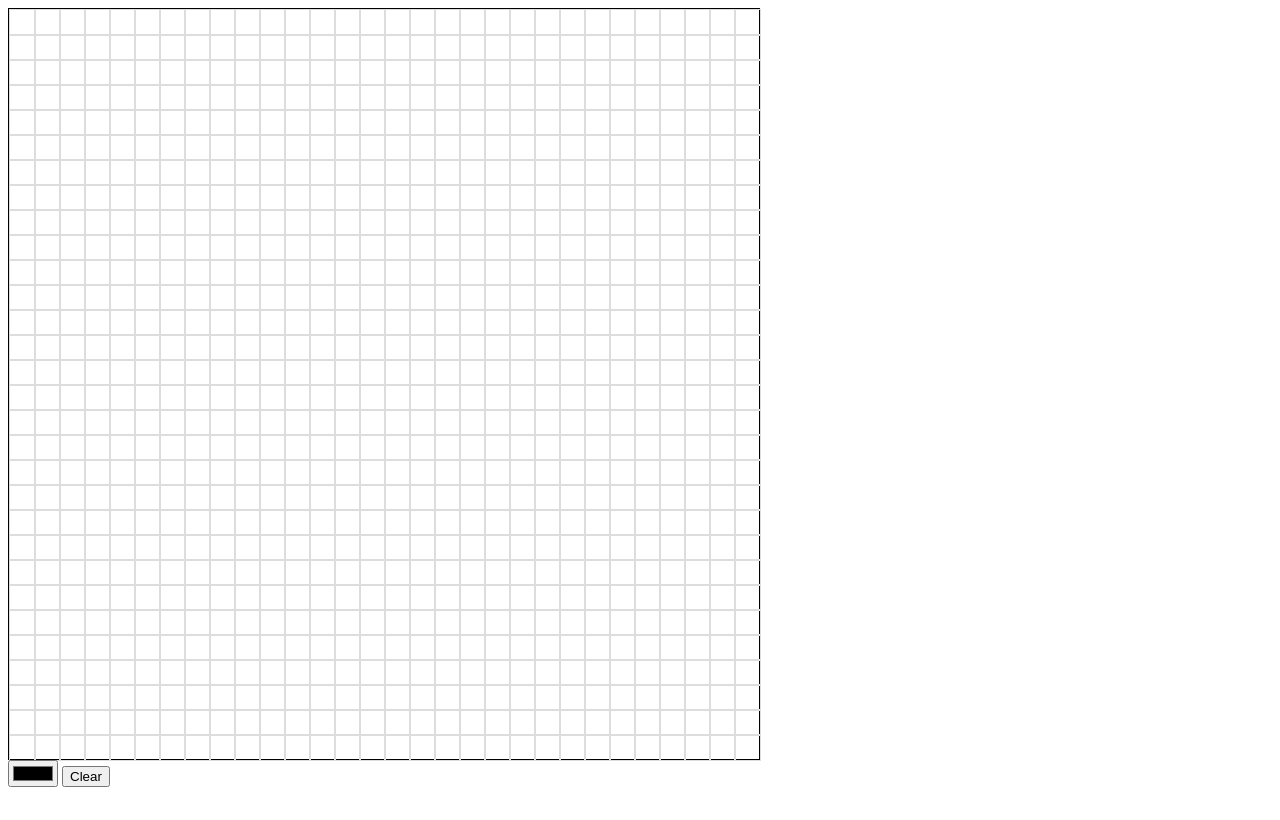
Repository: oldens/handwritten-digit-recognition
Page: index.html
An editor plug-in stored every save of this project. The page is shown before and after the next save, followed by the edit.
The browser window is 1280 px wide. The pictures show the whole page.

Above is the page before, as saved 2025-01-31 15:49:01.

After the next save:
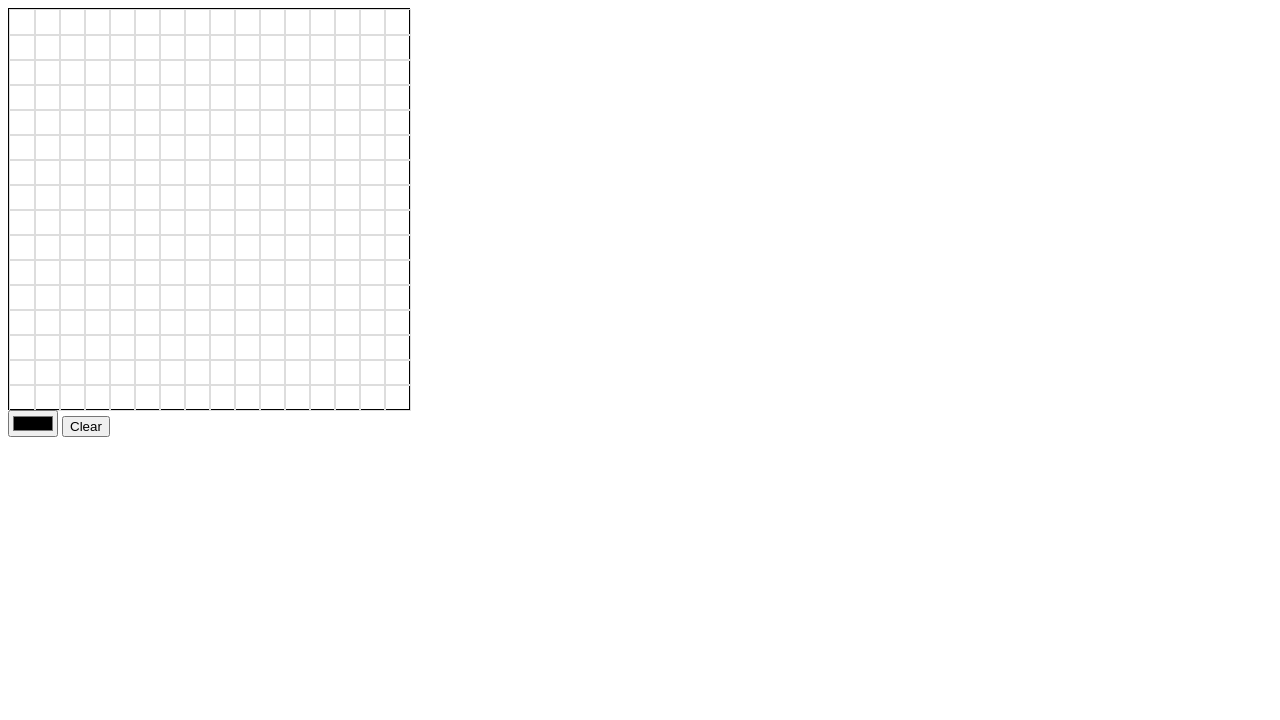
Saved 61 s later.
--- a/styles.css
+++ b/styles.css
@@ -1,5 +1,5 @@
 :root {
-    --grid-size: 30;
+    --grid-size: 16;
     --cell-size: 25px;
 }
 

After the save that followed:
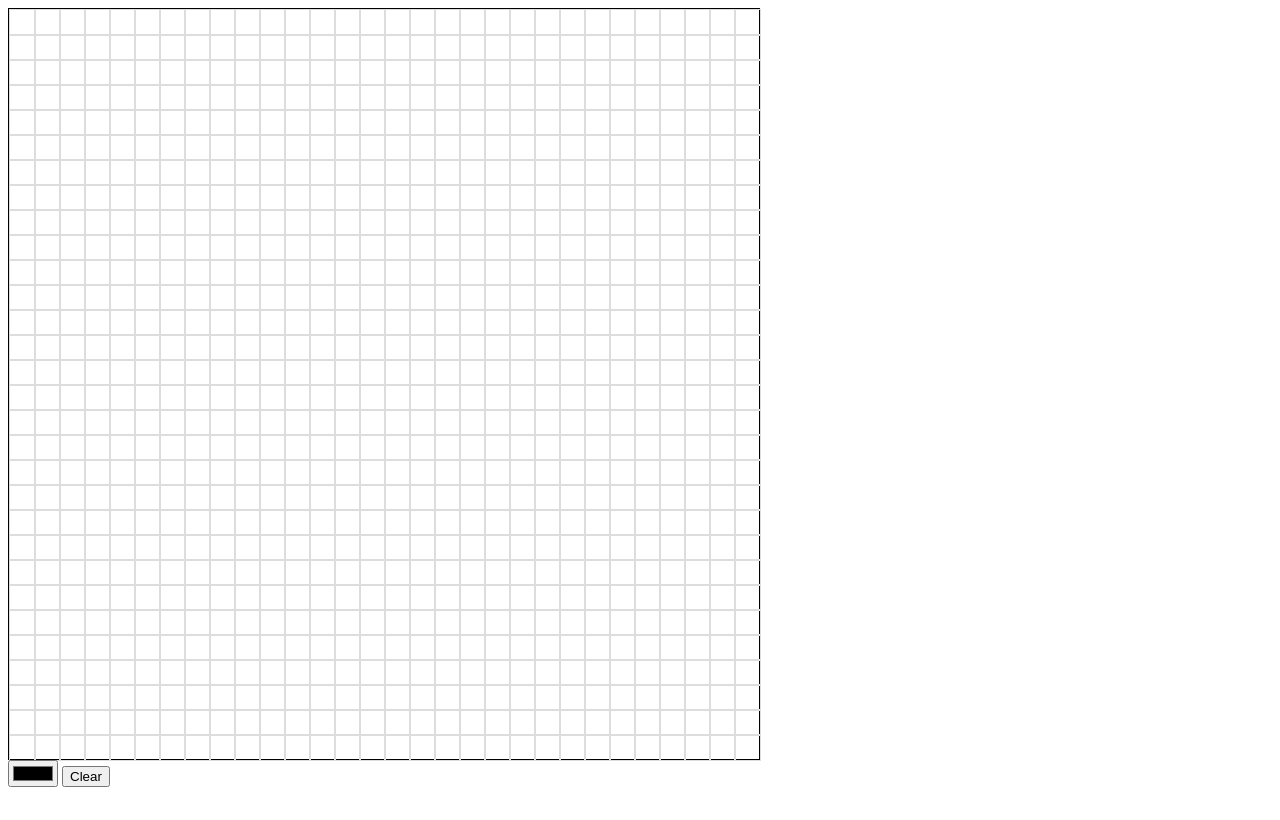
Saved 29 s later.
--- a/styles.css
+++ b/styles.css
@@ -1,5 +1,5 @@
 :root {
-    --grid-size: 16;
+    --grid-size: 30;
     --cell-size: 25px;
 }
 
